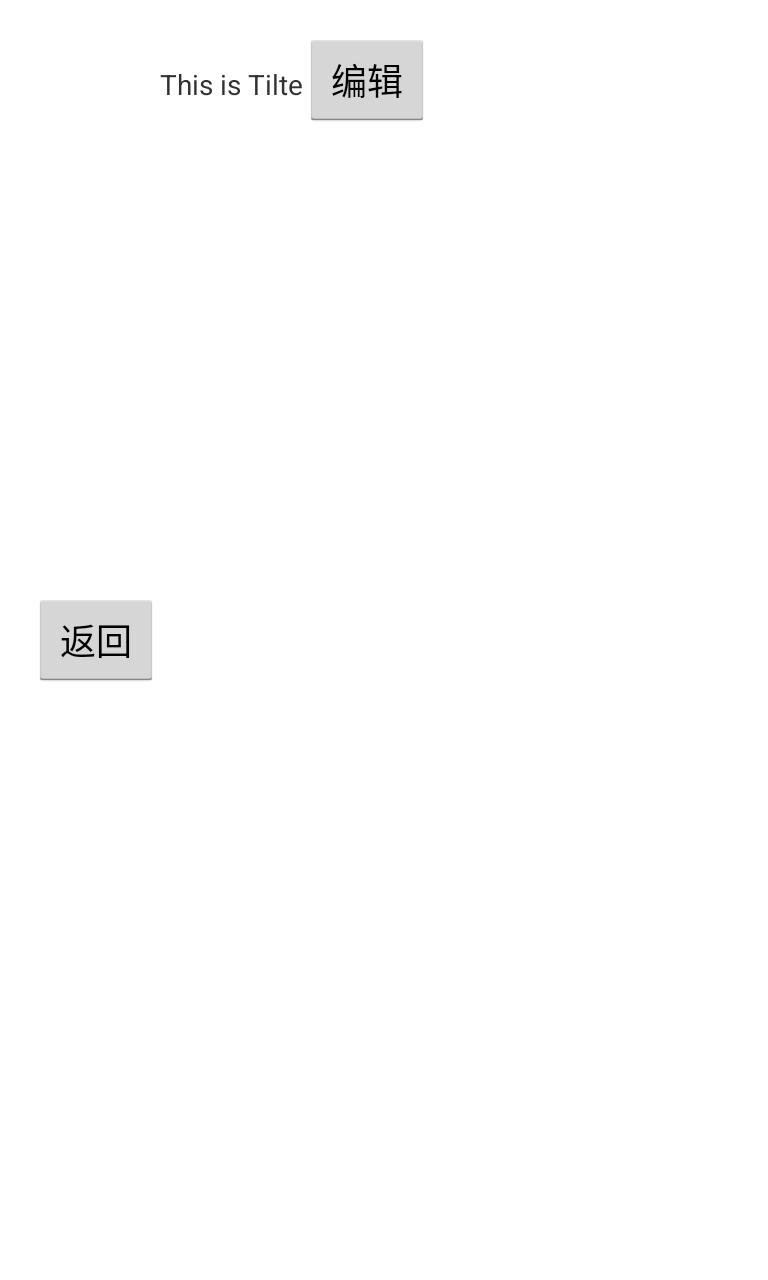
Repository: jinpp/Android
Layout: UICustomViews/res/layout/activity_main.xml
The author's editor kept a copy of each file at every save. The layout is drawn from the files as they stood at one save, then again after the next save.
It is drawn on a 768 x 1280 px phone screen (xhdpi) without system bars, with theme AppTheme; the app's code is not run.

Above is the layout before, as saved 2016-11-17 02:31:26.

After the next save:
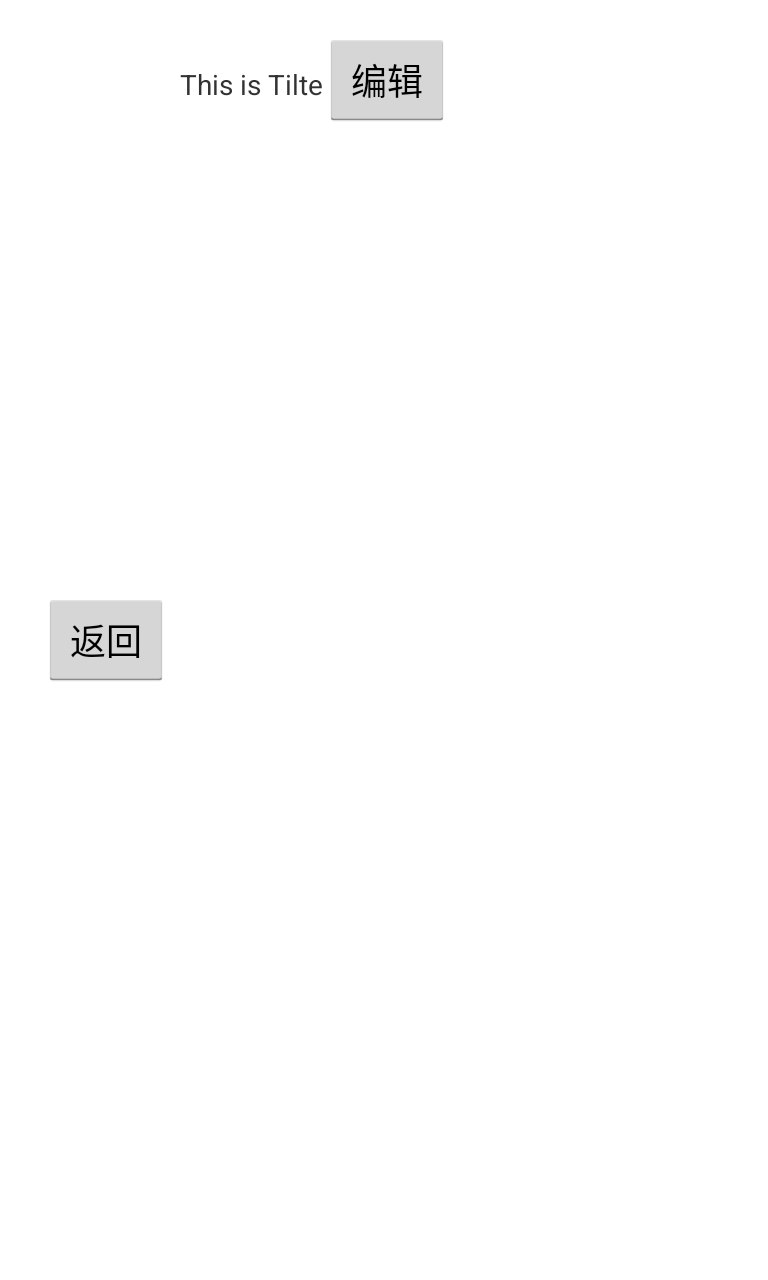
Saved 26 s later.
--- a/UICustomViews/res/layout/activity_main.xml
+++ b/UICustomViews/res/layout/activity_main.xml
@@ -13,6 +13,7 @@
         android:layout_width="wrap_content"
         android:layout_height="wrap_content"
         android:layout_gravity="center"
+        android:layout_margin="5dip"
         android:text="返回" />
 
     <TextView
